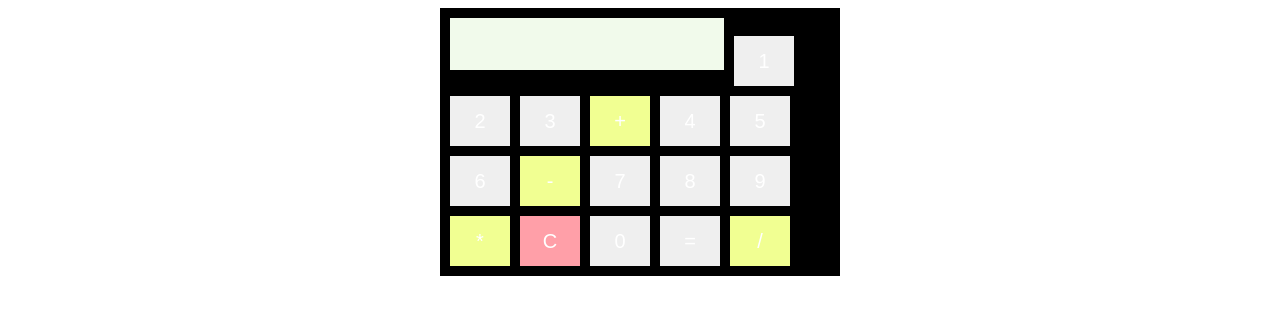
Repository: Drumstrum88/LAB-calculator
Page: index.html
The author's editor kept a copy of each file at every save. The page is drawn from the files as they stood at one save, then again after a run of saves.
The browser window is 1280 px wide. The pictures show the whole page.

Above is the page before, as saved 2023-04-15 14:59:17.

After the next 3 saves:
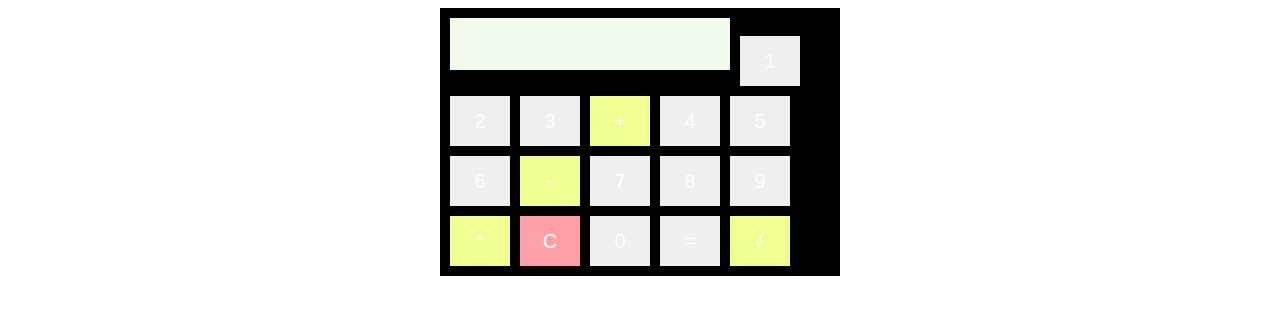
The 3 saves are shown as one change because they came seconds apart.
The last was saved 10 s later.
--- a/main.css
+++ b/main.css
@@ -21,7 +21,7 @@ input{
   height: 50px;
   float: left;
   margin: 5px;
-  padding;
+  padding: 1px 5px;
   font-size: 20px;
   box-shadow: 0 4px rgba(0,0,0,0.2);
 }
